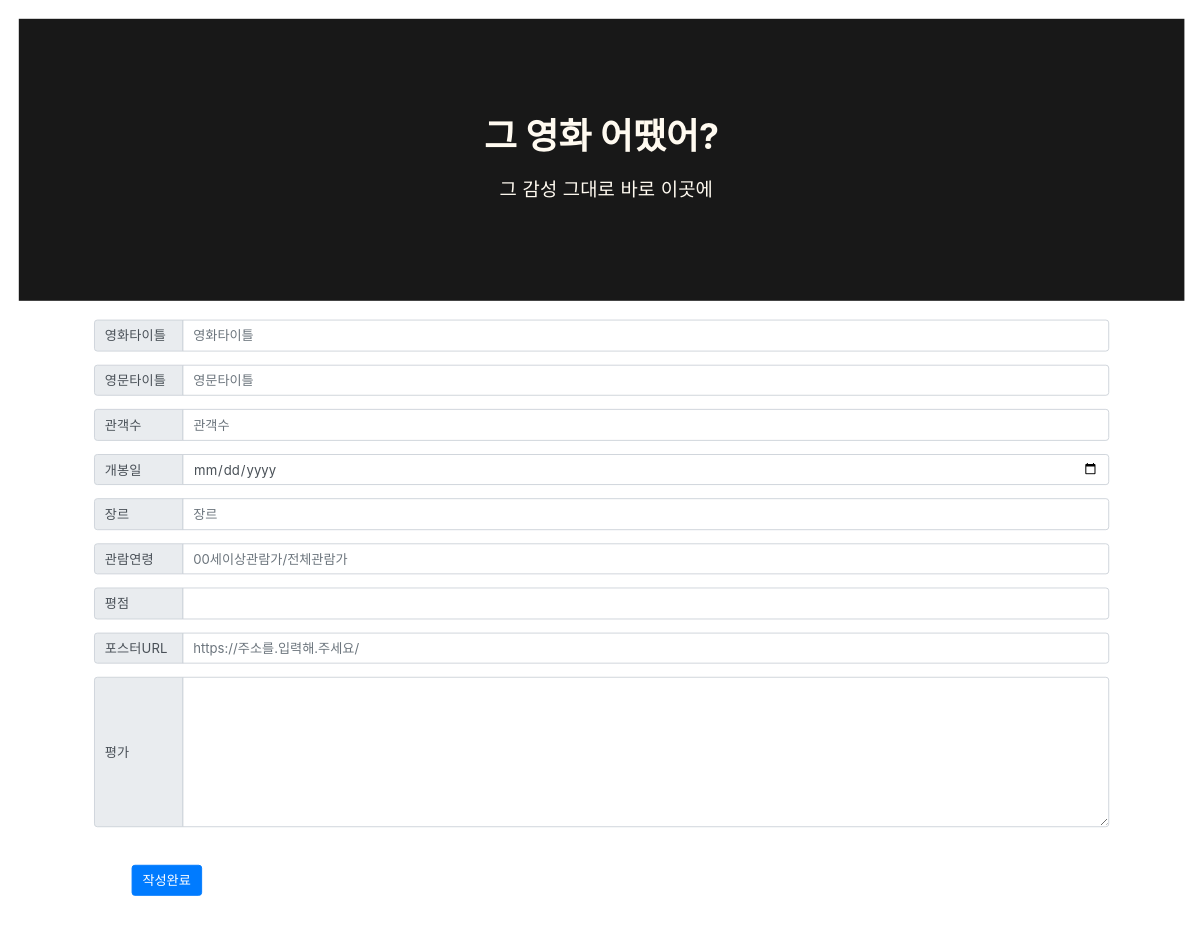
Repository: JungSWon/Project
Page: templates/new.html
The author's editor kept a record of every edit. The page is drawn from the files as they stood at one moment, then again after the next edit.
The browser window is 1280 px wide. The pictures show the whole page, at 94% of full size.
Some web libraries are served in a nearby version. The template is drawn by Flask 3. The application's start-up code is not run. The template is opened directly, without the code that normally fills it, so the values that code supplies are empty.

Above is the page before.

After the next edit:
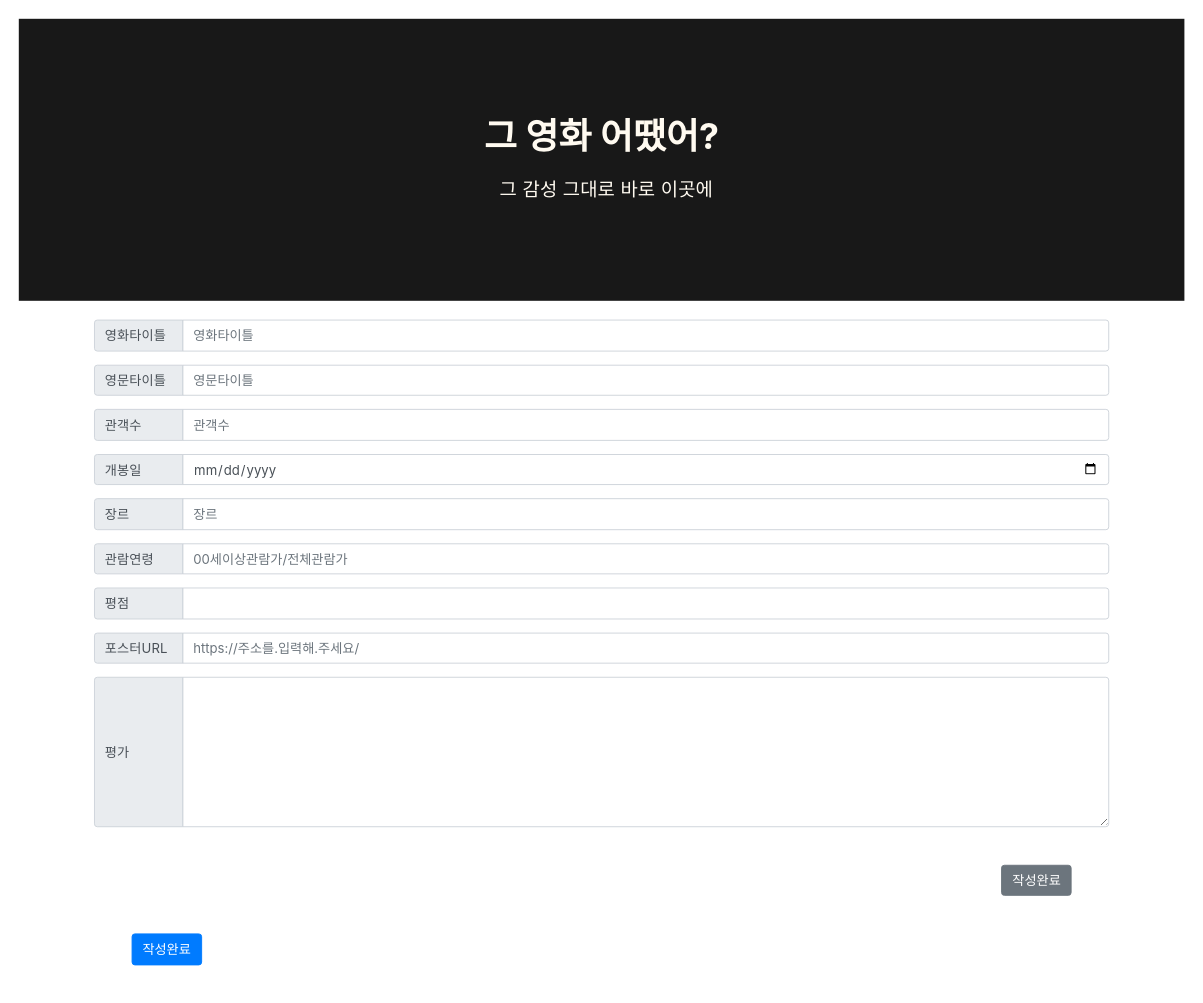
The edit:
--- a/04_CRUD/templates/new.html
+++ b/04_CRUD/templates/new.html
@@ -117,6 +117,9 @@
                     <textarea class="form-control" name='description' rows='7' aria-label="With textarea"></textarea>
                 </div>
             <!--코멘트 인풋 그룹 끝-->
+                <div align="right" class="show_btn" role="group" aria-label="Basic example" >
+                    <button type="submit" class="btn btn-secondary">작성완료</button>
+                </div>
                 <button type="submit" class="btn btn-primary">작성완료</button>
             </div>
         </div>
